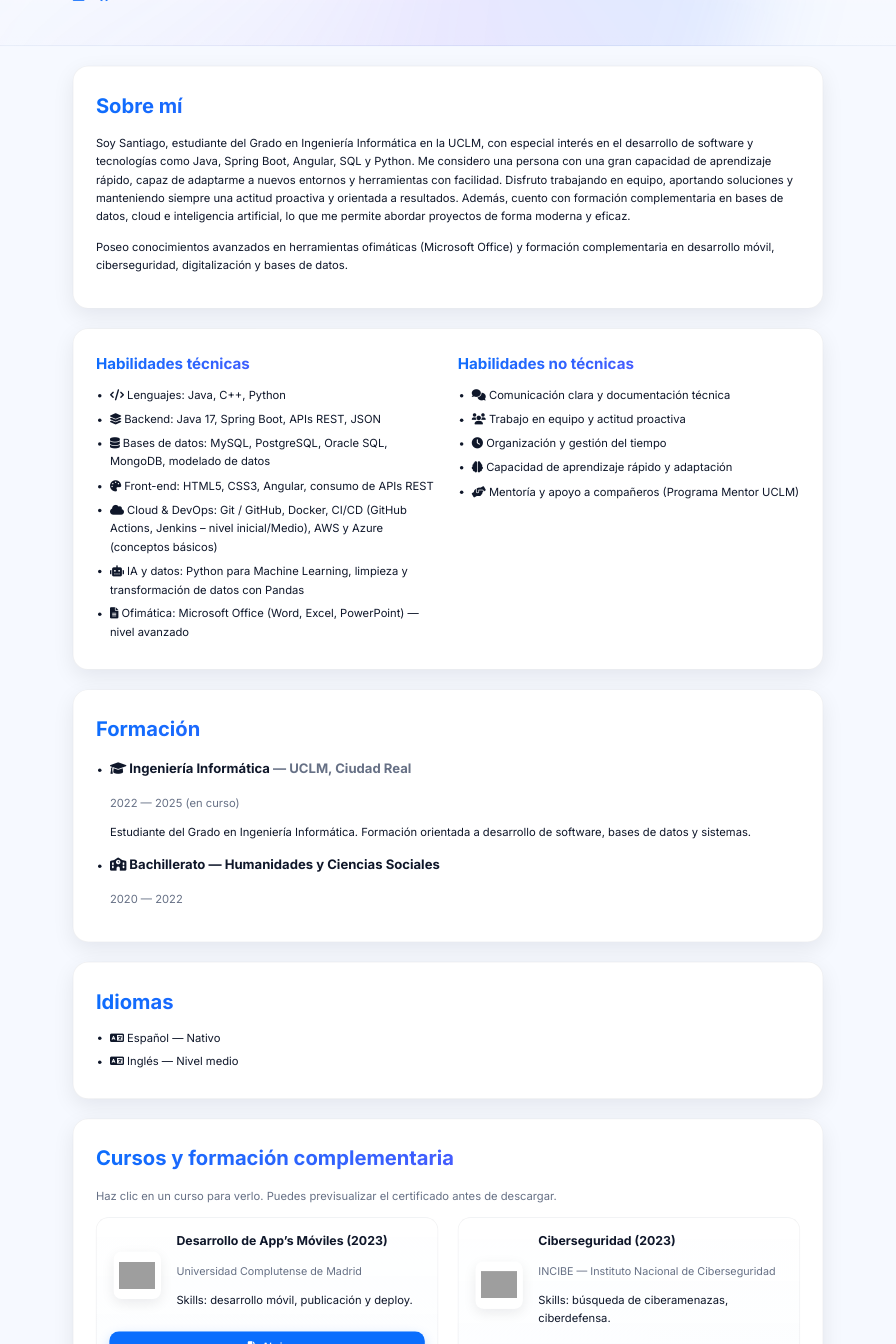
Repository: SantiagoSanchez-CeleminArevalo/Portfolio_SantiagoSanchez-CeleminArevalo
Page: docs/index.html
An editor plug-in stored every save of this project. The page is shown before and after the next save, followed by the edit.
The browser window is 1280 px wide. The pictures show the part of the page from y = 667 to 2587 px (the page is 4730 px tall before and 4677 px after), at 70% of full size.
Pictures or frames that could not be fetched are drawn as grey boxes.

Above is the page before, as saved 2025-12-05 13:29:02.
Console error: TypeError: Cannot read properties of null (reading 'classList')

### docs/index.html
<!doctype html>
<html lang="es">
<head>
  <meta charset="utf-8">
  <meta name="viewport" content="width=device-width, initial-scale=1">
  <title>Portfolio — Santiago Sánchez-Celemín Arévalo</title>
  <link rel="preconnect" href="https://fonts.googleapis.com">
  <link rel="preconnect" href="https://fonts.gstatic.com" crossorigin>
  <link href="https://fonts.googleapis.com/css2?family=Inter:wght@300;400;500;600;700;800&display=swap" rel="stylesheet">
  <link rel="stylesheet" href="https://cdnjs.cloudflare.com/ajax/libs/font-awesome/6.0.0/css/all.min.css">
  <link rel="stylesheet" href="styles.css">
</head>
<body>
  <a class="skip-link" href="#sobre-mi">Saltar al contenido</a>

  <nav class="navbar">
    <div class="container">
      <div class="logo">
        <span class="logo-badge">S</span>
        <a href="#sobre-mi" aria-label="Ir a Sobre mí">Santiago</a>
      </div>
      <div class="nav-links" role="navigation" aria-label="Secciones del sitio">
        <a href="#sobre-mi">Sobre mí</a>
        <a href="#habilidades">Habilidades</a>
        <a href="#formacion">Formación</a>
        <a href="#cursos">Cursos</a>
        <a href="#proyectos">Proyectos</a>
      </div>
      <div class="actions">
        <button class="theme-toggle" id="theme-toggle" aria-label="Cambiar tema">
          <i class="fas fa-moon" aria-hidden="true"></i>
        </button>
        <button class="hamburger" id="hamburger" aria-label="Abrir menú">
          <i class="fas fa-bars" aria-hidden="true"></i>
        </button>
      </div>
    </div>
    <div class="mobile-menu container" id="mobileMenu" hidden aria-hidden="true">

      <!-- Enlaces del menú -->
      <a href="#sobre-mi">Sobre mí</a>
      <a href="#habilidades">Habilidades</a>
      <a href="#formacion">Formación</a>
      <a href="#cursos">Cursos</a>
      <a href="#proyectos">Proyectos</a>
    </div>

  </nav>

  <header class="hero" id="inicio">
    <div class="container hero-grid">
      <div class="profile">
        <img loading="lazy" src="images/Foto_Profesional.jpg" alt="Foto de Santiago Sánchez-Celemín Arévalo" class="profile-photo">
        <h1>Santiago Sánchez-Celemín Arévalo</h1>
        <p class="subtitle">Estudiante de Ingeniería Informática — Universidad de Castilla-La Mancha</p>
        <p class="meta">Carnet: Tipo B · Disponibilidad para viajar</p>
        <div class="cta-row">
          <a href="cv/Santiago_Sanchez_CV.pdf" class="btn" download>
            <i class="fa-solid fa-file-arrow-down"></i> Descargar CV
          </a>
          <a href="#proyectos" class="btn ghost">
            <i class="fa-solid fa-diagram-project"></i> Ver proyectos
          </a>
        </div>
        <div class="social-icons" aria-label="Enlaces sociales">
          <a href="https://www.linkedin.com/in/santiago-s%C3%A1nchez-celem%C3%ADn-ar%C3%A9valo/" target="_blank" rel="noopener" aria-label="LinkedIn"><i class="fab fa-linkedin"></i></a>
          <a href="https://santiagosanchez-celeminarevalo.github.io/Portfolio_SantiagoSanchez-CeleminArevalo/" target="_blank" rel="noopener" aria-label="GitHub"><i class="fab fa-github"></i></a>
          <a href="mailto:s.sanchezcelemin@gmail.com" aria-label="Email"><i class="fas fa-envelope"></i></a>
        </div>
      </div>

      <aside class="contact-card" aria-labelledby="contact-title">
        <h2 id="contact-title">Contacto</h2>
        <p><strong>Teléfono:</strong> +34 638 85 64 13</p>
        <p><strong>Email:</strong> <a href="mailto:s.sanchezcelemin@gmail.com">s.sanchezcelemin@gmail.com</a></p>
        <p><strong>Direcciones:</strong><br> Calle Conta 44, Corral de Almaguer, 45880<br> Calle Quevedo 17, 2F, Ciudad Real, 13004</p>
        <p><strong>LinkedIn:</strong><br> <a href="https://www.linkedin.com/in/santiago-s%C3%A1nchez-celem%C3%ADn-ar%C3%A9valo/" target="_blank" rel="noopener">santiago-sánchezcelemín-arévalo</a></p>
      </aside>
    </div>
  </header>

  <main class="container">
    <section id="sobre-mi" class="card">
      <h2>Sobre mí</h2>
      <p>Soy Santiago, estudiante del Grado en Ingeniería Informática en la UCLM, con especial interés en el desarrollo de software y tecnologías como Java, Spring Boot, Angular, SQL y Python. Me considero una persona con una gran capacidad de aprendizaje rápido, capaz de adaptarme a nuevos entornos y herramientas con facilidad. Disfruto trabajando en equipo, aportando soluciones y manteniendo siempre una actitud proactiva y orientada a resultados. Además, cuento con formación complementaria en bases de datos, cloud e inteligencia artificial, lo que me permite abordar proyectos de forma moderna y eficaz.</p>
      <p>Poseo conocimientos avanzados en herramientas ofimáticas (Microsoft Office) y formación complementaria en desarrollo móvil, ciberseguridad, digitalización y bases de datos.</p>
    </section>

    <section id="habilidades" class="card two-column">
    <div>
      <h2>Habilidades técnicas</h2>
      <ul>
        <li><i class="fas fa-code"></i> Lenguajes: Java, C++, Python</li>
        <li><i class="fas fa-layer-group"></i> Backend: Java 17, Spring Boot, APIs REST, JSON</li>
        <li><i class="fas fa-database"></i> Bases de datos: MySQL, PostgreSQL, Oracle SQL, MongoDB, modelado de datos</li>
        <li><i class="fas fa-palette"></i> Front-end: HTML5, CSS3, Angular, consumo de APIs REST</li>
        <li><i class="fas fa-cloud"></i> Cloud & DevOps: Git / GitHub, Docker, CI/CD (GitHub Actions, Jenkins – nivel inicial/Medio), AWS y Azure (conceptos básicos)</li>
        <li><i class="fas fa-robot"></i> IA y datos: Python para Machine Learning, limpieza y transformación de datos con Pandas</li>
        <li><i class="fas fa-file-alt"></i> Ofimática: Microsoft Office (Word, Excel, PowerPoint) — nivel avanzado</li>
      </ul>
    </div>

    <div>
      <h2>Habilidades no técnicas</h2>
      <ul>
        <li><i class="fas fa-comments"></i> Comunicación clara y documentación técnica</li>
        <li><i class="fas fa-users"></i> Trabajo en equipo y actitud proactiva</li>
        <li><i class="fas fa-clock"></i> Organización y gestión del tiempo</li>
        <li><i class="fas fa-brain"></i> Capacidad de aprendizaje rápido y adaptación</li>
        <li><i class="fas fa-hands-helping"></i> Mentoría y apoyo a compañeros (Programa Mentor UCLM)</li>
      </ul>
    </div>
  </section>


    <section id="formacion" class="card">
      <h2>Formación</h2>
      <ul class="education-list">
        <li>
          <h3><i class="fas fa-graduation-cap"></i> Ingeniería Informática <span class="muted">— UCLM, Ciudad Real</span></h3>
          <p class="muted">2022 — 2025 (en curso)</p>
          <p>Estudiante del Grado en Ingeniería Informática. Formación orientada a desarrollo de software, bases de datos y sistemas.</p>
        </li>
        <li>
          <h3><i class="fas fa-school"></i> Bachillerato — Humanidades y Ciencias Sociales</h3>
          <p class="muted">2020 — 2022</p>
        </li>
      </ul>
    </section>

    <section id="idiomas" class="card">
      <h2>Idiomas</h2>
      <ul>
        <li><i class="fas fa-language"></i> Español — Nativo</li>
        <li><i class="fas fa-language"></i> Inglés — Nivel medio</li>
      </ul>
    </section>

  <section id="cursos" class="card">
    <h2>Cursos y formación complementaria</h2>
    <p class="muted">Haz clic en un curso para verlo. Puedes previsualizar el certificado antes de descargar.</p>

    <div class="courses-grid">
      <article class="course-card" data-course="c1" data-cert="certs/c1.pdf" tabindex="0" aria-labelledby="c1-title">
        <figure class="course-logo">
          <img loading="lazy" src="images/Complutense.jpg" alt="Universidad Complutense de Madrid — logo">
        </figure>
        <div class="course-body">
          <h3 id="c1-title">Desarrollo de App’s Móviles (2023)</h3>
          <p class="muted">Universidad Complutense de Madrid</p>
          <p>Skills: desarrollo móvil, publicación y deploy.</p>
        </div>
        <div class="course-actions">
          <a class="btn small" href="certs/Desarrollo_de_Apps_Móviles.pdf" target="_blank" rel="noopener"><i class="fa-solid fa-file-pdf"></i> Abrir</a>
          <a class="btn small" href="certs/Desarrollo_de_Apps_Móviles.pdf" download><i class="fa-solid fa-download"></i> Descargar</a>
        </div>
      </article>

      <article class="course-card" data-course="c2" data-cert="certs/c2.pdf" tabindex="0" aria-labelledby="c2-title">
        <figure class="course-logo">
          <img loading="lazy" src="images/INCIBE.jpg" alt="INCIBE — Instituto Nacional de Ciberseguridad — logo">
        </figure>
        <div class="course-body">
          <h3 id="c2-title">Ciberseguridad (2023)</h3>
          <p class="muted">INCIBE — Instituto Nacional de Ciberseguridad</p>
          <p>Skills: búsqueda de ciberamenazas, ciberdefensa.</p>
        </div>
        <div class="course-actions">
          <a class="btn small" href="certs/CIBERSEGURIDAD.pdf" target="_blank" rel="noopener"><i class="fa-solid fa-file-pdf"></i> Abrir</a>
          <a class="btn small" href="certs/CIBERSEGURIDAD.pdf" download><i class="fa-solid fa-download"></i> Descargar</a>
        </div>
      </article>

      <article class="course-card" data-course="c3" data-cert="certs/c3.pdf" tabindex="0" aria-labelledby="c3-title">
        <figure class="course-logo">
          <img loading="lazy" src="images/Google.jpg" alt="Google — logo">
        </figure>
        <div class="course-body">
          <h3 id="c3-title">Digitaliza tu empresa (2023)</h3>
          <p class="muted">Google</p>
          <p>Skills: digitalización, redes sociales, marketing digital, YouTube Analytics.</p>
        </div>
        <div class="course-actions">
          <a class="btn small" href="certs/DIGITALIZA_TU_NEGOCIO.pdf" target="_blank" rel="noopener"><i class="fa-solid fa-file-pdf"></i> Abrir</a>
          <a class="btn small" href="certs/DIGITALIZA_TU_NEGOCIO.pdf" download><i class="fa-solid fa-download"></i> Descargar</a>
        </div>
      </article>

      <article class="course-card" data-course="c4" data-cert="certs/c4.pdf" tabindex="0" aria-labelledby="c4-title">
        <figure class="course-logo">
          <img loading="lazy" src="images/Udemy.png" alt="Udemy — logo">
        </figure>
        <div class="course-body">
          <h3 id="c4-title">Oracle Database (2025)</h3>
          <p class="muted">Udemy</p>
          <p>Skills: modelado y diseño de BD, SQL, PL/SQL, administración.</p>
        </div>
        <div class="course-actions">
          <a class="btn small" href="certs/Certificado_Bases_de_Datos_Oracle.pdf" target="_blank" rel="noopener"><i class="fa-solid fa-file-pdf"></i> Abrir</a>
          <a class="btn small" href="certs/Certificado_Bases_de_Datos_Oracle.pdf" download><i class="fa-solid fa-download"></i> Descargar</a>
        </div>
      </article>

      <article class="course-card" data-course="c5" data-cert="certs/c5.pdf" tabindex="0" aria-labelledby="c5-title">
        <figure class="course-logo">
          <img loading="lazy" src="images/CIBSE.png" alt="CIBSE — logo">
        </figure>
        <div class="course-body">
          <h3 id="c5-title">Agilidad con IA / Sostenibilidad / ML Systems (2025)</h3>
          <p class="muted">CIBSE</p>
          <p>Skills: IA en ciclos ágiles, sostenibilidad en software, ML pipelines.</p>
        </div>
        <div class="course-actions">
          <a class="btn small" href="certs/Agilidad_con_esteroides_de_Inteligencia_Artificial.pdf" target="_blank" rel="noopener"><i class="fa-solid fa-file-pdf"></i> Abrir</a>
          <a class="btn small" href="certs/Agilidad_con_esteroides_de_Inteligencia_Artificial.pdf" download><i class="fa-solid fa-download"></i> Descargar</a>
        </div>
      </article>

      <article class="course-card" data-course="c5" data-cert="certs/c5.pdf" tabindex="0" aria-labelledby="c5-title">
        <figure class="course-logo">
          <img loading="lazy" src="images/CIBSE.png" alt="CIBSE — logo">
        </figure>
        <div class="course-body">
          <h3 id="c5-title">Software_Engineering_for_ML_Systems (2025)</h3>
          <p class="muted">CIBSE</p>
          <p>Skills: Ingeniería de software aplicada a sistemas de Machine Learning, Ciclos ágiles en proyectos de ML, Diseño y mantenimiento de pipelines de ML, Gestión de modelos y monitorización en producción, Buenas prácticas en integración de ML en entornos de software.</p>
        </div>
        <div class="course-actions">
          <a class="btn small" href="certs/Software_Engineering_for_ML_Systems.pdf" target="_blank" rel="noopener"><i class="fa-solid fa-file-pdf"></i> Abrir</a>
          <a class="btn small" href="certs/Software_Engineering_for_ML_Systems.pdf" download><i class="fa-solid fa-download"></i> Descargar</a>
        </div>
      </article>

      <article class="course-card" data-course="c6" data-cert="certs/c6.pdf" tabindex="0" aria-labelledby="c6-title">
        <figure class="course-logo">
          <img loading="lazy" src="images/Udemy.png" alt="Udemy — logo">
        </figure>
        <div class="course-body">
          <h3 id="c6-title">Python: ML / Limpieza de datos (2025)</h3>
          <p class="muted">Udemy</p>
          <p>Skills: modelado predictivo, limpieza y preparación de datos con Pandas.</p>
        </div>
        <div class="course-actions">
          <a class="btn small" href="certs/Udemy,_transformación_y_limpieza_de_datos.pdf" target="_blank" rel="noopener"><i class="fa-solid fa-file-pdf"></i> Abrir</a>
          <a class="btn small" href="certs/Udemy,_transformación_y_limpieza_de_datos.pdf" download><i class="fa-solid fa-download"></i> Descargar</a>
        </div>
      </article>

      <article class="course-card" data-course="c6" data-cert="certs/c6.pdf" tabindex="0" aria-labelledby="c6-title">
        <figure class="course-logo">
          <img loading="lazy" src="images/UCLM.png" alt="UCLM — logo">
        </figure>
        <div class="course-body">
          <h3 id="c6-title">Certificado Mentor</h3>
          <p class="muted">UCLM</p>
          <p>Skills: Asesoramiento de labores administrativas, docentes y sociales.</p>
        </div>
        <div class="course-actions">
          <a class="btn small" href="certs/DIPLOMA_MENTOR.pdf" target="_blank" rel="noopener"><i class="fa-solid fa-file-pdf"></i> Abrir</a>
          <a class="btn small" href="certs/DIPLOMA_MENTOR.pdf" download><i class="fa-solid fa-download"></i> Descargar</a>
        </div>
      </article>
    </div>
  </section>


    <!-- Sección de proyectos con pestañas -->
    <section id="proyectos" class="card">
      <h2>Proyectos</h2>
      <p>Haz clic en un proyecto para visitar su repositorio en GitHub.</p>

      <div class="project-tabs">
        <button class="tab-btn active" data-tab="uni">Proyectos Universitarios</button>
        <button class="tab-btn" data-tab="gen">Proyectos Generales</button>
      </div>

      <div class="tab-content">
        <!-- Proyectos Universitarios -->
        <div id="uni" class="tab-panel">
          <ul class="projects-list">
            <li>
              <strong>GesstiFest</strong> — Interacción Persona-Ordenador (WPF, GUI, usabilidad)<br>
              <a class="btn small" href="https://github.com/SantiagoSanchez-CeleminArevalo/Portfolio_SantiagoSanchez-CeleminArevalo/blob/projects/projects/GesstiFest" target="_blank" rel="noopener">
                <i class="fab fa-github"></i> Ver GitHub
              </a>
            </li>
            <li>
              <strong>Lab_C1_SanchezPalomino</strong> — Arquitectura de Computadores (OpenMP, DPC, Hiperespectral, LblFad)<br>
              <a class="btn small" href="https://github.com/SantiagoSanchez-CeleminArevalo/Portfolio_SantiagoSanchez-CeleminArevalo/blob/projects/projects/Lab_C1_SanchezPalomino-main" target="_blank" rel="noopener">
                <i class="fab fa-github"></i> Ver GitHub
              </a>
            </li>
            <li>
              <strong>2024-ISO2-BC5</strong> — Ingeniería de Software 2 (PUD, GitHub, Maven, MySQL, POI)<br>
              <a class="btn small" href="https://github.com/SantiagoSanchez-CeleminArevalo/Portfolio_SantiagoSanchez-CeleminArevalo/blob/projects/projects/2024-ISO2-BC5-main" target="_blank" rel="noopener">
                <i class="fab fa-github"></i> Ver GitHub
              </a>
            </li>
            <li>
              <strong>remote-types</strong> — Sistemas Distribuidos (ZeroC Ice, JSON, Apache Kafka)<br>
              <a class="btn small" href="https://github.com/SantiagoSanchez-CeleminArevalo/Portfolio_SantiagoSanchez-CeleminArevalo/blob/projects/projects/remote-types-main-main" target="_blank" rel="noopener">
                <i class="fab fa-github"></i> Ver GitHub
              </a>
            </li>
            <li>
              <strong>Sokoban_SSII</strong> — Sistemas Inteligentes (Algoritmos de búsqueda, Python, GitHub)<br>
              <a class="btn small" href="https://github.com/SantiagoSanchez-CeleminArevalo/Portfolio_SantiagoSanchez-CeleminArevalo/blob/projects/projects/Sokoban_SSII" target="_blank" rel="noopener">
                <i class="fab fa-github"></i> Ver GitHub
              </a>
            </li>
          </ul>
        </div>


        <!-- Proyectos Generales -->
        <div id="gen" class="tab-panel hidden">
          <p>No hay proyectos generales añadidos aún.</p>
        </div>
      </div>
    </section>
  </main>

  <footer class="site-footer container">
    <p>© <span id="year"></span> Santiago Sánchez-Celemín Arévalo. Todos los derechos reservados.</p>
    <div class="social-icons">
      <a href="https://www.linkedin.com/in/santiago-s%C3%A1nchez-celem%C3%ADn-ar%C3%A9valo/" target="_blank" rel="noopener" aria-label="LinkedIn"><i class="fab fa-linkedin"></i></a>
      <a href="https://santiagosanchez-celeminarevalo.github.io/Portfolio_SantiagoSanchez-CeleminArevalo/" target="_blank" rel="noopener" aria-label="GitHub"><i class="fab fa-github"></i></a>
      <a href="mailto:s.sanchezcelemin@gmail.com" aria-label="Email"><i class="fas fa-envelope"></i></a>
    </div>
  </footer>

  <script>
    document.getElementById('year').textContent = new Date().getFullYear();

    const themeToggle = document.getElementById('theme-toggle');
    const body = document.body;
    const icon = themeToggle.querySelector('i');
    const applyThemeIcon = () => icon.className = body.classList.contains('dark-mode') ? 'fas fa-sun' : 'fas fa-moon';
    themeToggle.addEventListener('click', () => {
      body.classList.toggle('dark-mode');
      localStorage.setItem('theme', body.classList.contains('dark-mode') ? 'dark' : 'light');
      applyThemeIcon();
    });
    if (localStorage.getItem('theme') === 'dark') { body.classList.add('dark-mode'); applyThemeIcon(); }

    // Menú móvil
    const hamburger = document.getElementById('hamburger');
    const mobileMenu = document.getElementById('mobileMenu');
    hamburger?.addEventListener('click', () => {
      const willOpen = mobileMenu.hasAttribute('hidden');
      if (willOpen) {
        mobileMenu.removeAttribute('hidden');
        mobileMenu.setAttribute('aria-hidden', 'false');
        hamburger.setAttribute('aria-label', 'Cerrar menú');
        hamburger.innerHTML = '<i class="fas fa-xmark" aria-hidden="true"></i>';
      } else {
        mobileMenu.setAttribute('hidden', '');
        mobileMenu.setAttribute('aria-hidden', 'true');
        hamburger.setAttribute('aria-label', 'Abrir menú');
        hamburger.innerHTML = '<i class="fas fa-bars" aria-hidden="true"></i>';
      }
    });
    mobileMenu?.querySelectorAll('a').forEach(a => a.addEventListener('click', () => {
      mobileMenu.setAttribute('hidden', '');
      mobileMenu.setAttribute('aria-hidden', 'true');
      hamburger.innerHTML = '<i class="fas fa-bars" aria-hidden="true"></i>';
      hamburger.setAttribute('aria-label', 'Abrir menú');
    }));

    // Scroll suave
    const navLinks = document.querySelectorAll('.nav-links a, .mobile-menu a');
    navLinks.forEach(link => {
      link.addEventListener('click', (e) => {
        const href = link.getAttribute('href');
        if (href && href.startsWith('#')) {
          e.preventDefault();
          const target = document.querySelector(href);
          target?.scrollIntoView({ behavior: 'smooth', block: 'start' });
          history.replaceState(null, '', href);
        }
      });
    });
    window.addEventListener('load', () => {
      if (location.hash) {
        const t = document.querySelector(location.hash);
        t?.scrollIntoView({ behavior: 'smooth', block: 'start' });
      }
    });

    // Pestañas de proyectos
    const projectTabs = document.querySelectorAll('.project-tabs .tab-btn');
    const projectPanels = document.querySelectorAll('.tab-panel');
    projectTabs.forEach(tab => {
      tab.addEventListener('click', () => {
        projectTabs.forEach(t => t.classList.remove('active'));
        tab.classList.add('active');
        const target = tab.getAttribute('data-tab');
        projectPanels.forEach(panel => {
          panel.id === target ? panel.classList.remove('hidden') : panel.classList.add('hidden');
        });
      });
    });

    const backToTop = document.getElementById('backToTop');
    window.addEventListener('scroll', () => {
      if (window.scrollY > 600) backToTop.classList.add('show');
      else backToTop.classList.remove('show');
    });
    backToTop?.addEventListener('click', () => window.scrollTo({ top: 0, behavior: 'smooth' }));
  </script>

  <button id="backToTop" class="back-to-top" aria-label="Volver arriba">
    <i class="fa-solid fa-arrow-up"></i> Arriba
  </button>
</body>
</html>

Loaded but not shown: docs/styles.css (528 lines, source omitted)

After the next save:
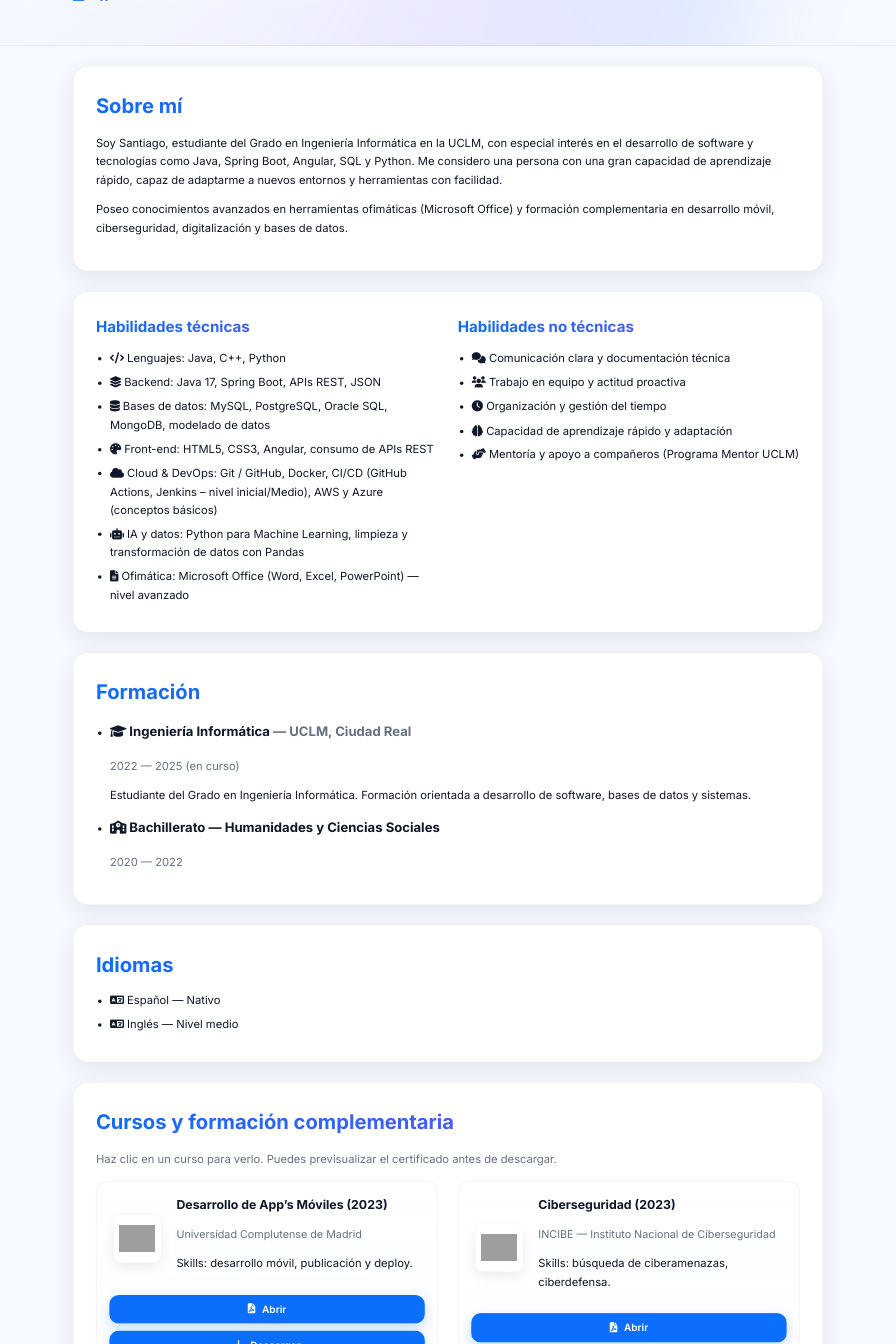
Saved 52 s later.
--- a/docs/index.html
+++ b/docs/index.html
@@ -82,7 +82,7 @@
   <main class="container">
     <section id="sobre-mi" class="card">
       <h2>Sobre mí</h2>
-      <p>Soy Santiago, estudiante del Grado en Ingeniería Informática en la UCLM, con especial interés en el desarrollo de software y tecnologías como Java, Spring Boot, Angular, SQL y Python. Me considero una persona con una gran capacidad de aprendizaje rápido, capaz de adaptarme a nuevos entornos y herramientas con facilidad. Disfruto trabajando en equipo, aportando soluciones y manteniendo siempre una actitud proactiva y orientada a resultados. Además, cuento con formación complementaria en bases de datos, cloud e inteligencia artificial, lo que me permite abordar proyectos de forma moderna y eficaz.</p>
+      <p>Soy Santiago, estudiante del Grado en Ingeniería Informática en la UCLM, con especial interés en el desarrollo de software y tecnologías como Java, Spring Boot, Angular, SQL y Python. Me considero una persona con una gran capacidad de aprendizaje rápido, capaz de adaptarme a nuevos entornos y herramientas con facilidad.</p>
       <p>Poseo conocimientos avanzados en herramientas ofimáticas (Microsoft Office) y formación complementaria en desarrollo móvil, ciberseguridad, digitalización y bases de datos.</p>
     </section>
 
